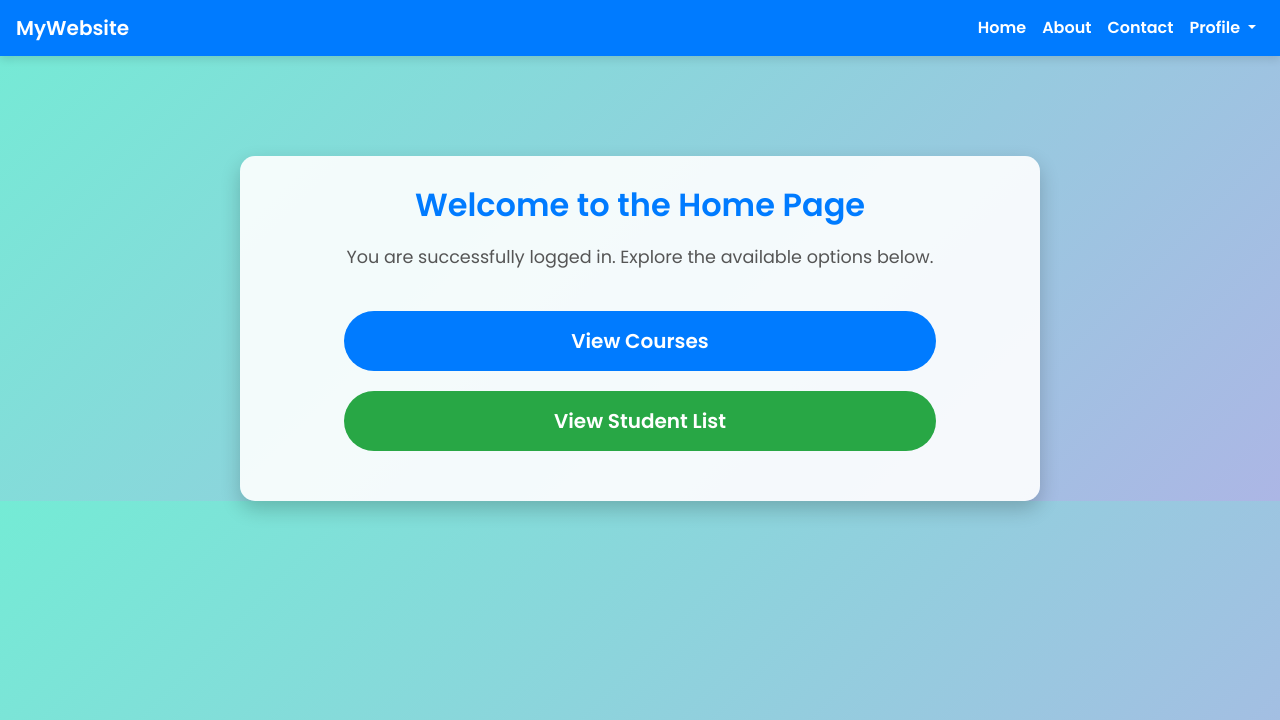
Repository: Jagadeesh5242/ERP
Page: http://localhost/home
The author's editor kept a copy of each file at every save. The page is drawn from the files as they stood at one save, then again after the next save.
The browser window is 1280 px wide. The pictures show the whole page.
Some web libraries are served in a nearby version. The page is this project's Thymeleaf template; nobody is signed in. The template is opened directly, without the code that normally fills it, so the values that code supplies are empty.

Above is the page before, as saved 2024-09-25 05:59:33.

### Student-Database-Management-System-using-JAVA-Spring-Boot-master/src/main/resources/templates/home.html
<!DOCTYPE html>
<html lang="en" xmlns:th="http://www.thymeleaf.org">

<head>
    <meta charset="UTF-8">
    <meta name="viewport" content="width=device-width, initial-scale=1.0">
    <title>Home</title>
    <link rel="stylesheet" href="https://stackpath.bootstrapcdn.com/bootstrap/4.2.1/css/bootstrap.min.css"
        integrity="sha384-GJzZqFGwb1QTTN6wy59ffF1BuGJpLSa9DkKMp0DgiMDm4iYMj70gZWKYbI706tWS" crossorigin="anonymous">

    <!-- Google Fonts -->
    <link href="https://fonts.googleapis.com/css2?family=Poppins:wght@400;600&display=swap" rel="stylesheet">

    <style>
        body {
            background: linear-gradient(135deg, #74ebd5, #ACB6E5);
            font-family: 'Poppins', sans-serif;
            color: #333;
        }

        .navbar {
            background-color: #007bff;
            box-shadow: 0 4px 8px rgba(0, 0, 0, 0.1);
        }

        .navbar-brand,
        .nav-link {
            color: #fff !important;
            font-weight: 600;
        }

        .navbar-brand:hover,
        .nav-link:hover {
            color: #f1f1f1 !important;
        }

        .container {
            margin-top: 100px;
            max-width: 800px;
            background-color: rgba(255, 255, 255, 0.9);
            border-radius: 15px;
            padding: 30px;
            box-shadow: 0 8px 20px rgba(0, 0, 0, 0.2);
            text-align: center;
            transition: transform 0.3s;
        }

        .container:hover {
            transform: scale(1.02);
        }

        h2 {
            color: #007bff;
            margin-bottom: 20px;
            font-weight: 600;
        }

        p {
            margin-bottom: 40px;
            font-size: 1.1rem;
            color: #555;
        }

        .btn-custom {
            display: block;
            width: 80%;
            margin: 20px auto;
            padding: 15px;
            font-size: 20px;
            border-radius: 50px;
            font-weight: 600;
            transition: background 0.3s ease, transform 0.3s ease;
        }

        .btn-custom:hover {
            transform: translateY(-2px);
        }

        .btn-primary {
            background-color: #007bff;
            border: none;
        }

        .btn-secondary {
            background-color: #6c757d;
            border: none;
        }

        .btn-success {
            background-color: #28a745;
            border: none;
        }

        .footer {
            margin-top: 40px;
            background-color: #007bff;
            color: #fff;
            padding: 10px 0;
        }

        .footer p {
            margin: 0;
        }

        .dropdown-menu {
            background-color: #f8f9fa;
            border-radius: 5px;
            box-shadow: 0 4px 8px rgba(0, 0, 0, 0.1);
        }

        .dropdown-item {
            color: #007bff;
            font-weight: 500;
        }

        .dropdown-item:hover {
            background-color: #e9ecef;
            color: #0056b3;
        }
    </style>
</head>

<body>

    <!-- Navbar -->
    <nav class="navbar navbar-expand-lg navbar-dark">
        <a class="navbar-brand" href="#">MyWebsite</a>
        <button class="navbar-toggler" type="button" data-toggle="collapse" data-target="#navbarNav"
            aria-controls="navbarNav" aria-expanded="false" aria-label="Toggle navigation">
            <span class="navbar-toggler-icon"></span>
        </button>
        <div class="collapse navbar-collapse justify-content-end" id="navbarNav">
            <ul class="navbar-nav">
                <li class="nav-item active">
                    <a class="nav-link" href="#">Home</a>
                </li>
                <li class="nav-item">
                    <a class="nav-link" href="#">About</a>
                </li>
                <li class="nav-item">
                    <a class="nav-link" href="/contact">Contact</a>
                </li>

                <!-- Profile Dropdown -->
                <li class="nav-item dropdown">
                    <a class="nav-link dropdown-toggle" href="#" id="profileDropdown" role="button"
                        data-toggle="dropdown" aria-haspopup="true" aria-expanded="false">
                        Profile
                    </a>
                    <div class="dropdown-menu dropdown-menu-right" aria-labelledby="profileDropdown">
                        <a class="dropdown-item" th:href="@{/profile}">View Profile</a>
                        <div class="dropdown-divider"></div>
                        <a class="dropdown-item" th:href="@{/}">Logout</a>
                    </div>
                </li>
            </ul>
        </div>
    </nav>

    <!-- Main Content -->
    <div class="container">
        <h2>Welcome to the Home Page</h2>
        <p>You are successfully logged in. Explore the available options below.</p>

        <a th:href="@{/courses}" class="btn btn-primary btn-custom">View Courses</a>
        <a th:href="@{/students}" class="btn btn-success btn-custom">View Student List</a>
    </div>



    <!-- Optional JavaScript -->
    <!-- jQuery first, then Popper.js, then Bootstrap JS -->
    <script src="https://code.jquery.com/jquery-3.3.1.min.js"></script>
    <script src="https://cdnjs.cloudflare.com/ajax/libs/popper.js/1.14.6/umd/popper.min.js"></script>
    <script src="https://stackpath.bootstrapcdn.com/bootstrap/4.2.1/js/bootstrap.min.js"></script>
</body>

</html>

After the next save:
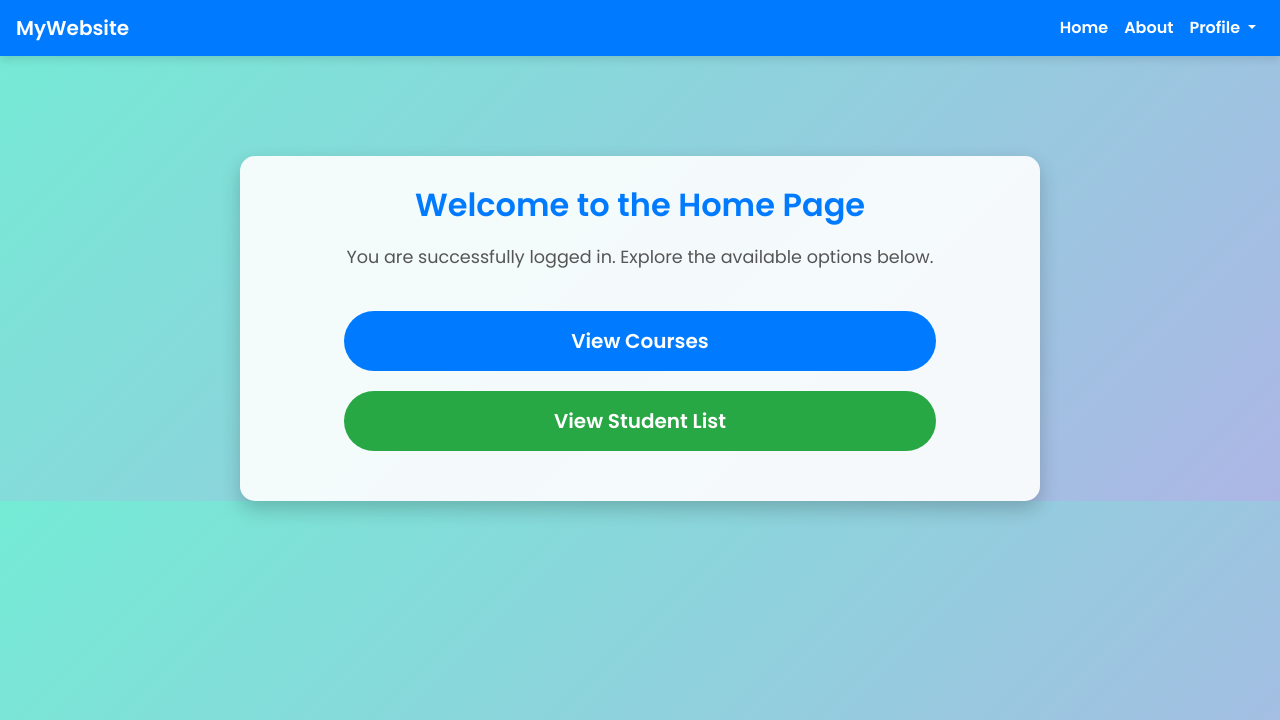
Saved 2 min 0 s later.
--- a/Student-Database-Management-System-using-JAVA-Spring-Boot-master/src/main/resources/templates/home.html
+++ b/Student-Database-Management-System-using-JAVA-Spring-Boot-master/src/main/resources/templates/home.html
@@ -137,9 +137,7 @@
                 <li class="nav-item">
                     <a class="nav-link" href="#">About</a>
                 </li>
-                <li class="nav-item">
-                    <a class="nav-link" href="/contact">Contact</a>
-                </li>
+
 
                 <!-- Profile Dropdown -->
                 <li class="nav-item dropdown">
